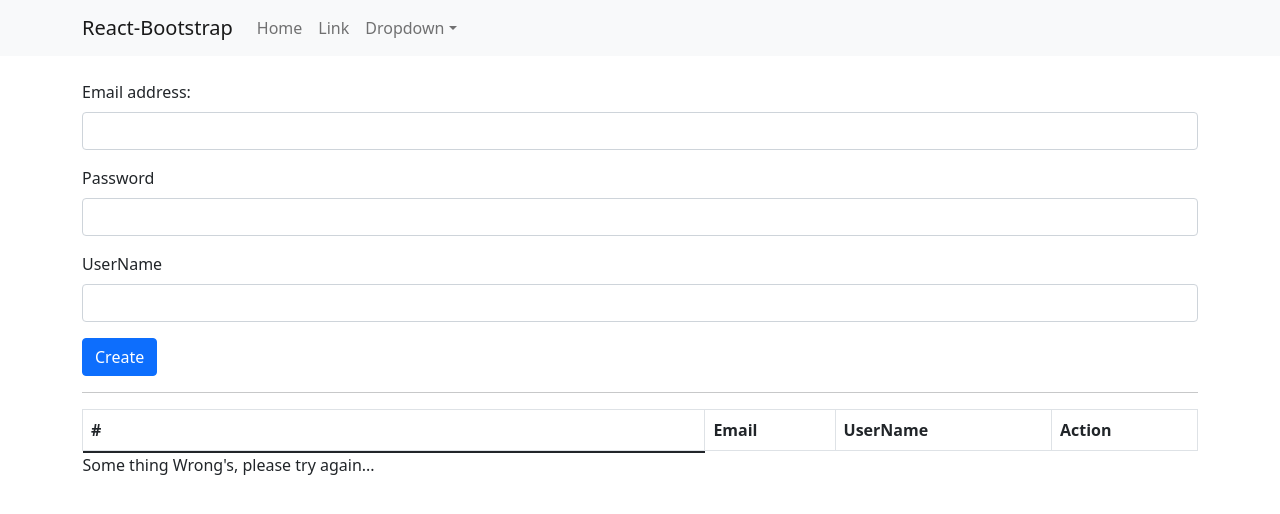
Repository: nnbxxx/-Redux-Ultimate---Redux
Page: /
The author's editor kept a copy of each file at every save. The page is drawn from the files as they stood at one save, then again after the next save.
The browser window is 1280 px wide. The pictures show the whole page.
The page's requests for data from a server got no answer. The project was rebuilt for these pictures with package versions that can differ from the ones it lists, and the page was loaded fresh each time. No one was signed in, and anything a server would have sent is missing.

Above is the page before, as saved 2023-04-22 14:50:02.

### src/index.js
import React from "react";
import ReactDOM from "react-dom";
import "./index.css";
import App from "./App";
import reportWebVitals from "./reportWebVitals";
import { Provider } from "react-redux";
import store from "./redux/store";
import "bootstrap/dist/css/bootstrap.min.css";
ReactDOM.render(
  <Provider store={store}>
    <React.StrictMode>
      <App />
    </React.StrictMode>
  </Provider>,
  document.getElementById("root")
);

// If you want to start measuring performance in your app, pass a function
// to log results (for example: reportWebVitals(console.log))
// or send to an analytics endpoint. Learn more: https://bit.ly/CRA-vitals
reportWebVitals();

### src/App.js
// import "./App.css";
import Home from "./components/Home";
function App(props) {
  return (
    <div className='App'>
      <Home />
    </div>
  );
}
export default App;

### src/redux/store.js
import { createStore, applyMiddleware } from "redux";
import thunkMiddleware from "redux-thunk";
import rootReducer from "../reducer/rootReducer.js";
import { composeWithDevTools } from "redux-devtools-extension";
const store = createStore(
  rootReducer,
  composeWithDevTools(applyMiddleware(thunkMiddleware))
);

export default store;

### src/components/Home.js
import FormAddNew from "./FormAddNew";
import Header from "./Header";
import TableUser from "./TableUser";

const Home = (props) => {
  return (
    <>
      <Header />
      <FormAddNew />
      <TableUser />
    </>
  );
};
export default Home;

### src/reducer/rootReducer.js
import { combineReducers } from "redux";

import counterReducer from "./counterReducer.js";
import userReducer from "./userReducer.js";

const rootReducer = combineReducers({
  counter: counterReducer,
  user: userReducer,
});

export default rootReducer;

### src/components/FormAddNew.js
import Container from "react-bootstrap/Container";
import Button from "react-bootstrap/Button";
import Form from "react-bootstrap/Form";
import { useState } from "react";
import { useDispatch, useSelector } from "react-redux";
import { createNewUser } from "../action/actions";

const FormAddNew = (props) => {
  const [email, setEmail] = useState("");
  const [username, setUsername] = useState("");
  const [password, setPassword] = useState("");
  const isCreating = useSelector((state) => {
    return state.user.isCreating;
  });
  const dispatch = useDispatch();
  const handleCreateNewUser = () => {
    dispatch(createNewUser(email, password, username));
    setEmail("");
    setPassword("");
    setUsername("");
  };
  return (
    <>
      <Container>
        <br />
        <Form>
          <Form.Group className='mb-3'>
            <Form.Label>Email address: </Form.Label>
            <Form.Control
              type='email'
              value={email}
              onChange={(e) => {
                setEmail(e.target.value);
              }}
            />
          </Form.Group>
          <Form.Group className='mb-3'>
            <Form.Label>Password</Form.Label>
            <Form.Control
              type='password'
              value={password}
              onChange={(e) => {
                setPassword(e.target.value);
              }}
            />
          </Form.Group>
          <Form.Group className='mb-3'>
            <Form.Label>UserName</Form.Label>
            <Form.Control
              type='text'
              value={username}
              onChange={(e) => {
                setUsername(e.target.value);
              }}
            />
          </Form.Group>
        </Form>
        <Button
          variant='primary'
          disabled={isCreating}
          onClick={() => handleCreateNewUser()}
        >
          Create
        </Button>
      </Container>
    </>
  );
};
export default FormAddNew;

### src/components/Header.js
import Container from "react-bootstrap/Container";
import Nav from "react-bootstrap/Nav";
import Navbar from "react-bootstrap/Navbar";
import NavDropdown from "react-bootstrap/NavDropdown";
const Header = () => {
  return (
    <>
      <Navbar bg='light' expand='lg'>
        <Container>
          <Navbar.Brand href='#home'>React-Bootstrap</Navbar.Brand>
          <Navbar.Toggle aria-controls='basic-navbar-nav' />
          <Navbar.Collapse id='basic-navbar-nav'>
            <Nav className='me-auto'>
              <Nav.Link href='#home'>Home</Nav.Link>
              <Nav.Link href='#link'>Link</Nav.Link>
              <NavDropdown title='Dropdown' id='basic-nav-dropdown'>
                <NavDropdown.Item href='#action/3.1'>Action</NavDropdown.Item>
                <NavDropdown.Item href='#action/3.2'>
                  Another action
                </NavDropdown.Item>
                <NavDropdown.Item href='#action/3.3'>
                  Something
                </NavDropdown.Item>
                <NavDropdown.Divider />
                <NavDropdown.Item href='#action/3.4'>
                  Separated link
                </NavDropdown.Item>
              </NavDropdown>
            </Nav>
          </Navbar.Collapse>
        </Container>
      </Navbar>
    </>
  );
};
export default Header;

### src/components/TableUser.js
import Container from "react-bootstrap/Container";
import Table from "react-bootstrap/Table";

import { useEffect } from "react";
import { Button } from "react-bootstrap";
import { useDispatch, useSelector } from "react-redux";
import { fetchAllUser, deleteUserRedux } from "../action/actions";
const TableUser = (props) => {
  const listUsers = useSelector((state) => state.user.listUsers);
  const isLoading = useSelector((state) => state.user.isLoading);
  const isError = useSelector((state) => state.user.isError);
  const dispatch = useDispatch();
  const handleDelete = (user) => {
    dispatch(deleteUserRedux(user.id));
  };
  useEffect(() => {
    dispatch(fetchAllUser());
  }, []);
  return (
    <Container>
      <hr />
      <Table striped bordered hover>
        <thead>
          <tr>
            <th>#</th>
            <th>Email</th>
            <th>UserName</th>
            <th>Action</th>
          </tr>
        </thead>

        {isError === true ? (
          <div>Some thing Wrong's, please try again...</div>
        ) : (
          <>
            {isLoading === true ? (
              <div> loading data </div>
            ) : (
              <>
                <tbody>
                  {listUsers &&
                    listUsers.length > 0 &&
                    listUsers.map((item, index) => {
                      return (
                        <tr key={`users123-${index}`}>
                          <td>{index + 1}</td>
                          <td>{item.email}</td>
                          <td>{item.username}</td>
                          <td>
                            <Button variant='warning'>Edit</Button>{" "}
                            <Button
                              variant='danger'
                              onClick={(e) => {
                                handleDelete(item);
                              }}
                            >
                              Delete
                            </Button>{" "}
                          </td>
                        </tr>
                      );
                    })}
                </tbody>
              </>
            )}
          </>
        )}
      </Table>
    </Container>
  );
};
export default TableUser;

### src/reducer/counterReducer.js
import { INCREMENT, DECREMENT } from "../action/types.js";

const INITIAL_STATE = {
  count: 0,
};

const reducer = (state = INITIAL_STATE, action) => {
  switch (action.type) {
    case INCREMENT:
      return {
        ...state,
        count: state.count + 1,
      };

    case DECREMENT:
      return {
        ...state,
        count: state.count - 1,
      };

    default:
      return state;
  }
};

export default reducer;

### src/reducer/userReducer.js
import {
  FETCH_USER_REQUEST,
  FETCH_USER_SUCCESS,
  FETCH_USER_ERROR,
  CREATE_USER_REQUEST,
  CREATE_USER_SUCCESS,
  CREATE_USER_ERROR,
  DELETE_USER_REQUEST,
  DELETE_USER_SUCCESS,
  DELETE_USER_ERROR,
} from "../action/types.js";

const INITIAL_STATE = {
  listUsers: [],
  isLoading: false,
  isCreating: false,
  isError: false,
};

const userReducer = (state = INITIAL_STATE, action) => {
  switch (action.type) {
    case FETCH_USER_REQUEST:
      return {
        ...state,
        isLoading: true,
        isError: false,
      };
    case FETCH_USER_SUCCESS:
      return {
        ...state,
        listUsers: action.dataUsers,
        isLoading: false,
        isError: false,
      };
    case FETCH_USER_ERROR:
      return {
        ...state,
        isLoading: false,
        isError: true,
      };
    case CREATE_USER_REQUEST:
      return {
        ...state,
        isCreating: true,
      };
    case CREATE_USER_SUCCESS:
      return {
        ...state,
        isCreating: false,
      };
    case CREATE_USER_ERROR:
      return {
        ...state,
        isCreating: false,
      };
    default:
      return state;
  }
};

export default userReducer;

### src/action/actions.js
import axios from "axios";
import {
  INCREMENT,
  DECREMENT,
  FETCH_USER_REQUEST,
  FETCH_USER_SUCCESS,
  FETCH_USER_ERROR,
  CREATE_USER_REQUEST,
  CREATE_USER_SUCCESS,
  CREATE_USER_ERROR,
  DELETE_USER_REQUEST,
  DELETE_USER_SUCCESS,
  DELETE_USER_ERROR,
} from "./types.js";

export const increaseCounter = () => {
  return {
    type: INCREMENT,
  };
};

export const decreaseCounter = () => {
  return {
    type: DECREMENT,
  };
};
export const fetchAllUser = () => {
  return async (dispatch, getState) => {
    dispatch(fetchUserRequest());
    try {
      const re = await axios.get("http://localhost:8080/users/all");
      const data = re && re.data ? re.data : [];
      dispatch(fetchUserSuccess(data));
    } catch (error) {
      console.log("🚀 ~ file: actions.js:29 ~ return ~ error:", error);
      dispatch(fetchUserError());
    }
  };
};
export const fetchUserRequest = () => {
  return {
    type: FETCH_USER_REQUEST,
  };
};

export const fetchUserSuccess = (data) => {
  return {
    type: FETCH_USER_SUCCESS,
    dataUsers: data,
  };
};

export const fetchUserError = () => {
  return {
    type: FETCH_USER_ERROR,
  };
};
export const createUserRequest = () => {
  return {
    type: CREATE_USER_REQUEST,
  };
};

export const createUserSuccess = () => {
  return {
    type: CREATE_USER_SUCCESS,
  };
};

export const createUserError = () => {
  return {
    type: CREATE_USER_ERROR,
  };
};

export const createNewUser = (email, password, username) => {
  return async (dispatch, getState) => {
    dispatch(createUserRequest());
    try {
      const re = await axios.post("http://localhost:8080/users/create", {
        email,
        password,
        username,
      });
      if (re && re.data.errCode === 0) {
        dispatch(createUserSuccess());
        dispatch(fetchAllUser());
      }
    } catch (error) {
      console.log("🚀 ~ file: actions.js:78 ~ return ~ error:", error);
      dispatch(createUserError());
    }
  };
};
export const deleteUserRequest = () => {
  return {
    type: DELETE_USER_REQUEST,
  };
};

export const deleteUserSuccess = () => {
  return {
    type: DELETE_USER_SUCCESS,
  };
};

export const deleteUserError = () => {
  return {
    type: DELETE_USER_ERROR,
  };
};
export const deleteUserRedux = (id) => {
  return async (dispatch, getState) => {
    dispatch(deleteUserRequest());
    try {
      const re = await axios.post(`http://localhost:8080/users/delete/${id}`);
      if (re && re.data.errCode === 0) {
        dispatch(deleteUserSuccess());
        dispatch(fetchAllUser());
      }
    } catch (error) {
      console.log("🚀 ~ file: actions.js:118 ~ return ~ error:", error);
      dispatch(deleteUserError());
    }
  };
};

### src/action/types.js
export const INCREMENT = "INCREMENT";

export const DECREMENT = "DECREMENT";
export const FETCH_USER_REQUEST = "FETCH_USER_REQUEST";
export const FETCH_USER_SUCCESS = "FETCH_USER_SUCCESS";
export const FETCH_USER_ERROR = "FETCH_USER_ERROR";

export const CREATE_USER_REQUEST = "CREATE_USER_REQUEST";
export const CREATE_USER_SUCCESS = "CREATE_USER_SUCCESS";
export const CREATE_USER_ERROR = "CREATE_USER_ERROR";

export const DELETE_USER_REQUEST = "DELETE_USER_REQUEST";
export const DELETE_USER_SUCCESS = "DELETE_USER_SUCCESS";
export const DELETE_USER_ERROR = "DELETE_USER_ERROR";

Loaded but not shown: public/index.html (common file); src/index.css (common file); src/reportWebVitals.js (common file)

After the next save:
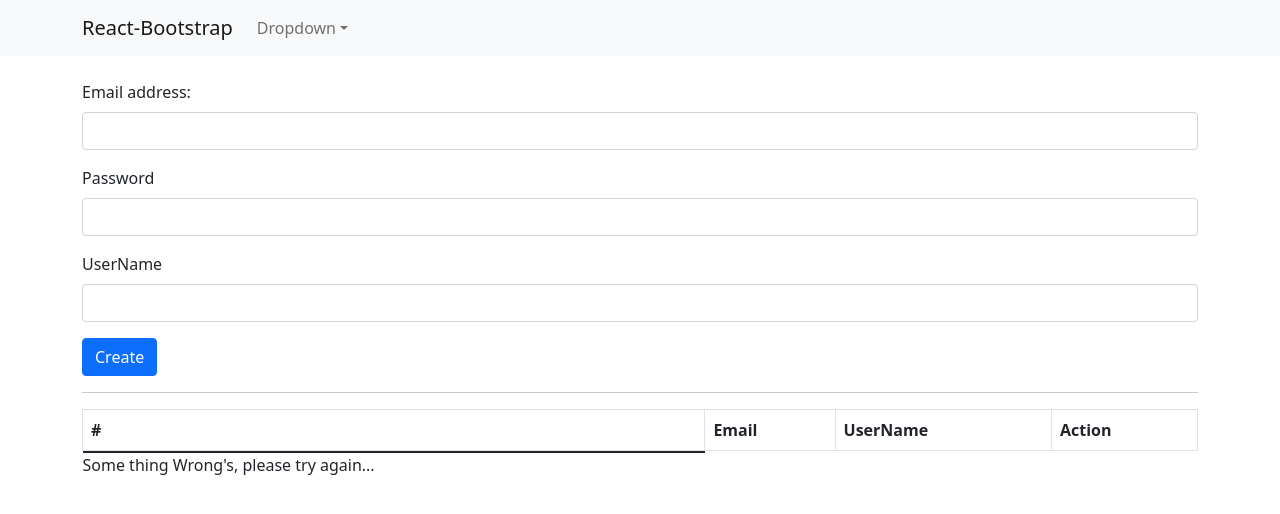
Saved 5 min 25 s later.
--- a/src/components/Header.js
+++ b/src/components/Header.js
@@ -11,8 +11,6 @@ const Header = () => {
           <Navbar.Toggle aria-controls='basic-navbar-nav' />
           <Navbar.Collapse id='basic-navbar-nav'>
             <Nav className='me-auto'>
-              <Nav.Link href='#home'>Home</Nav.Link>
-              <Nav.Link href='#link'>Link</Nav.Link>
               <NavDropdown title='Dropdown' id='basic-nav-dropdown'>
                 <NavDropdown.Item href='#action/3.1'>Action</NavDropdown.Item>
                 <NavDropdown.Item href='#action/3.2'>
